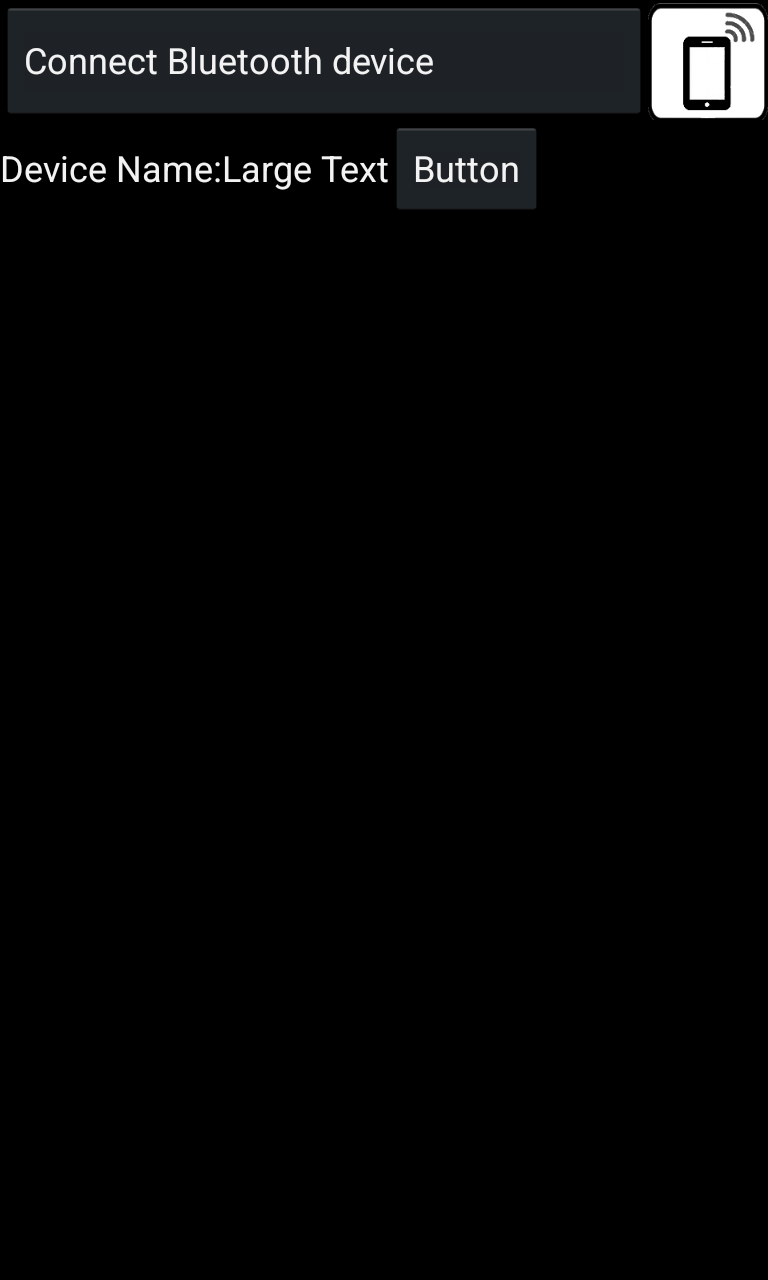
Repository: wangefan/cipherconnectsolution_new
Layout: CipherConnectPro/res/layout/build_conn_method_preference.xml
These files come from the project's save history. The layout is drawn as it stood at one moment and after the next save; the edit follows.
It is drawn on a 768 x 1280 px phone screen (xhdpi) without system bars, with theme android:Theme.Holo; the app's code is not run.

Above is the layout before, as saved 2015-03-18 06:00:49.

### CipherConnectPro/res/layout/build_conn_method_preference.xml
<?xml version="1.0" encoding="utf-8"?>
<LinearLayout xmlns:android="http://schemas.android.com/apk/res/android"
    android:layout_width="match_parent"
    android:layout_height="wrap_content"
    android:orientation="vertical" >
	<LinearLayout
	    android:layout_width="match_parent"
	    android:layout_height="wrap_content"
	    android:orientation="horizontal" >

	    <Button
	        android:id="@+id/btnBuildConn"
	        android:layout_width="0dp"
	        android:layout_height="60dp"
	        android:layout_weight="80"
	        android:gravity="start|center_vertical"
	        android:text="@string/setting_buildconnect" />

	    <ToggleButton
	        android:id="@+id/btnConnMethod"
	        android:layout_width="60dp"
	        android:layout_height="60dp"
	        android:background="@drawable/conn_method"
	        android:textOff=""
	        android:textOn="" />
	</LinearLayout>

	<LinearLayout
	    android:layout_width="match_parent"
	    android:layout_height="wrap_content" >

		<TextView
		    android:id="@+id/tvTitle"
		    android:layout_width="wrap_content"
		    android:layout_height="wrap_content"
		    android:text="@string/strCurrentDevName"
		    android:textAppearance="?android:attr/textAppearanceMedium" />

		<TextView
		    android:id="@+id/textView2"
		    android:layout_width="wrap_content"
		    android:layout_height="wrap_content"
		    android:text="Large Text"
		    android:textAppearance="?android:attr/textAppearanceMedium" />

		<Button
		    android:id="@+id/button1"
		    android:layout_width="wrap_content"
		    android:layout_height="wrap_content"
		    android:text="Button" />

	</LinearLayout>

</LinearLayout>

### CipherConnectPro/res/values/strings.xml
<?xml version="1.0" encoding="utf-8"?>
<resources>
    <string name="app_name">CipherEZMet</string>
    <string name="app_status">Wait to connect&#8230;</string>
    <string name="strConnecting">connecting&#8230;</string>
    <string name="strConnectingMsg">Device is connecting, please wait&#8230;</string>
    <string name="error_bluetooth_not_turnon">Not turn on bluetooth</string>
    <string name="app_service">Listen service</string>
    <string name="strDisconnect">Reset connection (break the connection)</string>
    <string name="strResetConn">Step1. Reset Connection</string>
    <string name="strSetConn">Step2. Set Connection</string>
    <string name="strMacAdd">Step3. MAC Address</string>
    <string name="strBTNoDeviceName">no device</string>
    <string name="strBeginConn">Begin to connect&#8230;</string>
    <string name="strConnected">Connected</string>
    <string name="strConnectErr">Connect error!</string>
	<string name="ime_name">CipherConnect Pro</string>
	<string name="ime_connection">Connect devices</string>
	<string name="strCurrentDevName">Device Name:</string>
	<string name="ime_setting_name">CipherConnect Pro settings</string>
	<string name="setting_buildconnect">Connect Bluetooth device</string>
	<string name="setting_bluetooth_device_status">Bluetooth device status</string>
	<string name="setting_bluetooth_device_connected">Connected</string>
	<string name="setting_bluetooth_device_connecting">Connecting&#8230;</string>
	<string name="setting_bluetooth_device_disconnected">Disconnected</string>
	<string name="setting_bluetooth_device">Bluetooth device</string>
	<string name="setting_barcode_input">Inter-character delay</string>
	<string name="setting_language">Second language</string>
	<string name="setting_mode">Scan mode</string>
	<string name="setting_autoconnect">Auto connect</string>
	<string name="setting_about">About</string>
	<string name="about_company">Company</string>
	<string name="about_company_value">CipherLab Co., Ltd.</string>
	<string name="about_url">Website</string>
	<string name="about_url_value">http://www.cipherlab.com</string>
	<string name="about_version">Version</string>
	<string name="about_version_value">2.4.5</string>
	<string name="about_sdk">Android SDK</string>
	<string name="about_sdk_value">4.4.2</string>
	<string name="Initialize_starts">Initialize CipherConnect</string>
	<string name="can_not_find_any_bluetooth_device">Cannot find Bluetooth device!</string>
	<string name="can_not_find_device_by_name">No device selected</string>
	<string name="can_not_open_bluetooth_service">Please turn on Bluetooth!</string>
	<string name="the_bluetooth_device_beginConnecting">Begin connect Bluetooth device&#8230;</string>
	<string name="the_bluetooth_device_connecting">Bluetooth connecting</string>
	<string name="the_bluetooth_device_connected">Connected</string>
	<string name="the_bluetooth_device_disconnected">Not connected</string>
	<string name="the_bluetooth_device_connected_error">Bluetooth connection error</string>
	<string name="the_bluetooth_device_verify_fail">The device is not CipherLab product.</string>
	<!-- Title for Latin keyboard  -->
    <!-- Symbols that are commonly considered word separators in this language -->
    <string name="word_separators">\u0020.,;:!?\n()[]*&amp;@{}/&lt;&gt;_+=|&quot;</string>

    <!-- Labels on soft keys -->
    <string name="label_go_key">Go</string>
    <string name="label_next_key">Next</string>
    <string name="label_send_key">Send</string>

    <!-- license -->
    <string name="license_unlicensed_dialog_title">Application not licensed</string>
	<string name="license_unlicensed_dialog_body">This application is not licensed. Please purchase it from Android Market.</string>
	<string name="license_buy_button">Buy app</string>
	<string name="license_quit_button">Exit</string>

    <!-- Have same application -->
    <string name="ime_service_name">com.cipherlab.cipherconnectpro.CipherConnectKeyboardService</string>
    <string name="ime_service_name_conflict">com.cipherlab.cipherconnect.CipherConnectKeyboardService</string>
    <string name="remove_lite_dialog_title">Attention</string>
	<string name="remove_lite_dialog_body">This input method may conflict with application CipherConnect Lite. Please remove CipherConnect Lite.</string>
	<string name="remove_lite_quit_button">Exit</string>
	<string name="setting_minimum">Minimize keyboard</string>
	<string name="Bluetooth_Setting_Title">Bluetooth settings</string>
	<string name="Bluetooth_Setting_Summary">Manage connections, set device name &amp; discoverability</string>
	<string name="Bluetooth_Setting_BLE_Summary">Manage Low Energy connections, discover Low Energy devices &amp; </string>
	<string name="Bluetooth_Title">Bluetooth</string>
	<string name="Bluetooth_Setting_BLE_Title">Bluetooth (LE)</string>
	<string name="Backlight_Suspend_Title">Stay awake</string>
	<string name="Exit_Title">Exit CiperConnect</string>
	<string name="Bluetooth_TurnOn">Turn on Bluetooth</string>
	<string name="Bluetooth_TurningOn">Turning on&#8230;</string>
	<string name="Bluetooth_TurningOff">Turning off&#8230;</string>
	<string name="Empty"> </string>
	<string name="about_help">Online Help</string>

	<!-- Barcode Interval -->
	<string-array name="SendBarcodeInterval_entries">
		<item>0.03 sec</item>
	    <item>0.04 sec</item>
		<item>0.05 sec</item>
		<item>0.06 sec</item>
		<item>0.07 sec</item>
		<item>0.08 sec</item>
		<item>0.09 sec</item>
		<item>0.10 sec</item>
		</string-array>
	<string-array name="SendBarcodeInterval_entries_value">
		<item>3</item>
	    <item>4</item>
		<item>5</item>
		<item>6</item>
		<item>7</item>
		<item>8</item>
		<item>9</item>
		<item>10</item>
	</string-array>

	<string name="ble_not_supported">BLE is not supported</string>
	<string name="ble_bind_service_fail">Inter initialize fail, please try again</string>
	<string name="LE_scan_title">BLE Device Scan</string>
	<string name="Str_connect_to">Scan Devices and connect</string>
	<string name="Str_wait_connect">Wait devices to connect</string>
	<string name="Str_BT_Classic">Classic</string>
	<string name="Str_BT_LE">Low Energy</string>
	<string name="menu_scan">scan</string>
	<string name="menu_stop">stop</string>
	<string name="unknown_device">unknown device</string>
	<string name="none_device">none</string>
	<string-array name="ConnMode_entries">
		<item>@string/Str_connect_to</item>
	    <item>@string/Str_wait_connect</item>
	</string-array>
	<string-array name="ConnMode_entries_value">
		<item>@string/Str_connect_to</item>
	    <item>@string/Str_wait_connect</item>
	</string-array>

	<string-array name="ScanMode_entries">
		<item>@string/Str_BT_Classic</item>
	    <item>@string/Str_BT_LE</item>
	</string-array>
	<string-array name="ScanMode_entries_value">
		<item>@string/Str_BT_Classic</item>
	    <item>@string/Str_BT_LE</item>
	</string-array>
	<!-- Language -->
	<string-array name="Language_entries">
		<item>None</item>
		<item>Czech</item>
		<item>French</item>
		<item>German</item>
		<item>Italian</item>
		<item>Portuguese</item>
		<item>Russian</item>
		<item>Spanish</item>
	</string-array>
	<string-array name="Language_entries_value">
		<item>No</item>
		<item>Cz</item>
		<item>Fr</item>
		<item>De</item>
		<item>It</item>
		<item>Pt</item>
		<item>Ru</item>
		<item>Es</item>
	</string-array>
</resources>

### CipherConnectPro/res/drawable/conn_method.xml
<?xml version="1.0" encoding="utf-8"?>
<selector xmlns:android="http://schemas.android.com/apk/res/android" >
    <item android:drawable="@drawable/slave_conn"
          android:state_checked="true" />
    <item android:drawable="@drawable/master_conn"
        android:state_checked="false"/>
</selector>

After the next save:
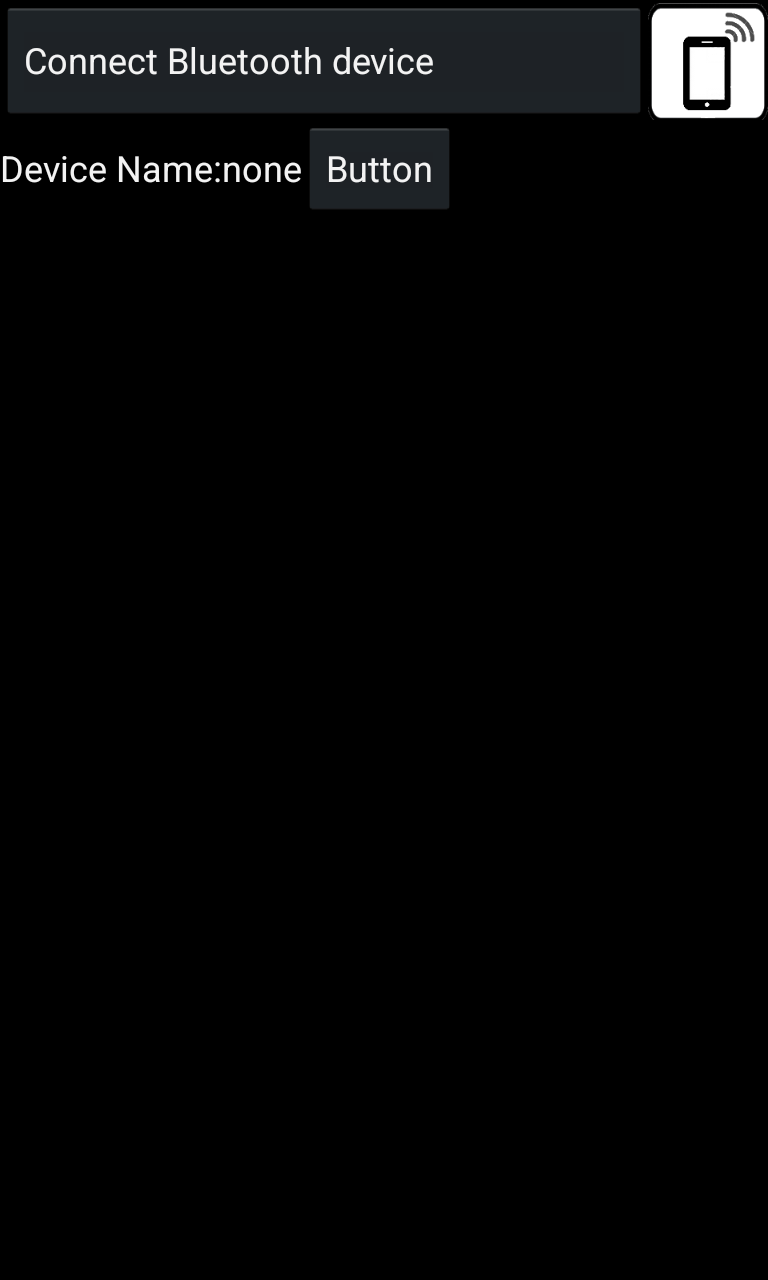
Saved 49 s later.
--- a/CipherConnectPro/res/layout/build_conn_method_preference.xml
+++ b/CipherConnectPro/res/layout/build_conn_method_preference.xml
@@ -40,7 +40,7 @@
 		    android:id="@+id/textView2"
 		    android:layout_width="wrap_content"
 		    android:layout_height="wrap_content"
-		    android:text="Large Text"
+		    android:text="@string/none_device"
 		    android:textAppearance="?android:attr/textAppearanceMedium" />
 
 		<Button
